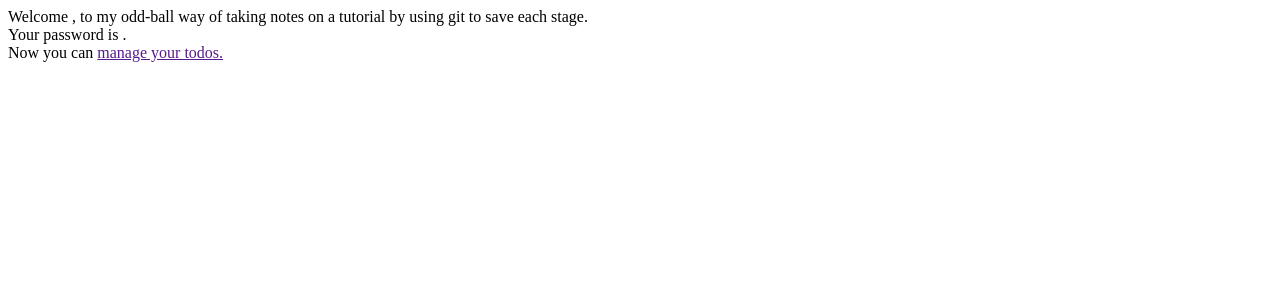
Repository: overbejt/UdemySpringMVC
Page: http://localhost/hello-World/WEB-INF/views/welcome.jsp
An editor plug-in stored every save of this project. The page is shown before and after the next save, followed by the edit.
The browser window is 1280 px wide. The pictures show the whole page.
The page is served by Tomcat 9. Nobody is signed in. Other server files are loaded and not shown. The template is opened directly, without the code that normally fills it, so the values that code supplies are empty.

Above is the page before, as saved 2019-01-05 19:40:27.

### hello-World/src/main/webapp/WEB-INF/views/welcome.jsp
<%@ page language="java" contentType="text/html; charset=UTF-8"
    pageEncoding="UTF-8"%>
<!DOCTYPE html PUBLIC "-//W3C//DTD HTML 4.01 Transitional//EN" "http://www.w3.org/TR/html4/loose.dtd">
<html>
<head>
<meta http-equiv="Content-Type" content="text/html; charset=UTF-8">
<title>Welcome!</title>
</head>
<body>
Welcome ${name }, to my odd-ball way of taking notes on a tutorial by using git to save each stage.
<br>
Your password is ${password }.
<br>
Now you can <a href= >manage your todos.</a>
</body>
</html>

After the next save:
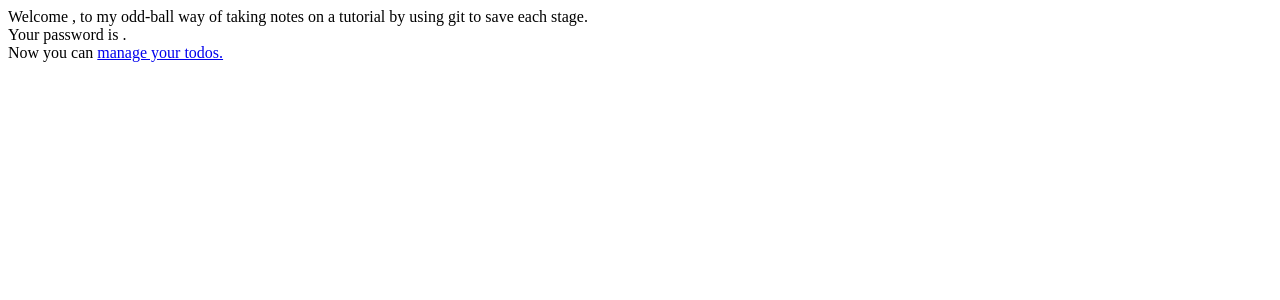
Saved 25 s later.
--- a/hello-World/src/main/webapp/WEB-INF/views/welcome.jsp
+++ b/hello-World/src/main/webapp/WEB-INF/views/welcome.jsp
@@ -11,6 +11,6 @@ Welcome ${name }, to my odd-ball way of taking notes on a tutorial by using git
 <br>
 Your password is ${password }.
 <br>
-Now you can <a href= >manage your todos.</a>
+Now you can <a href="/list-todos" >manage your todos.</a>
 </body>
 </html>
